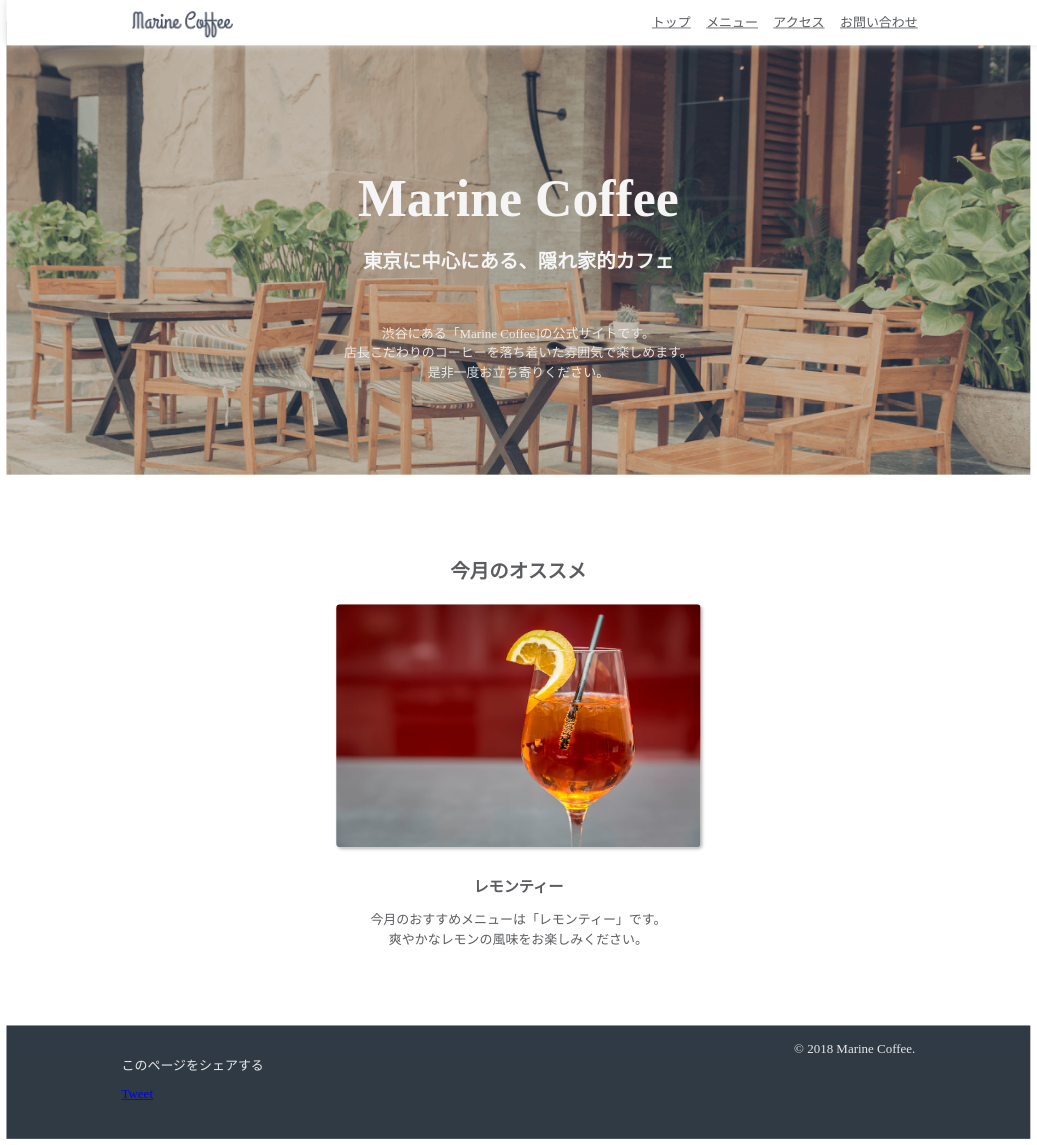
Repository: Kazuya888/samurai_HTML-CSS
Page: marine_coffee/index1.html
The author's editor kept a record of every edit. The page is drawn from the files as they stood at one moment, then again after the next edit.
The browser window is 1280 px wide. The pictures show the whole page, at 81% of full size.

Above is the page before.

After the next edit:
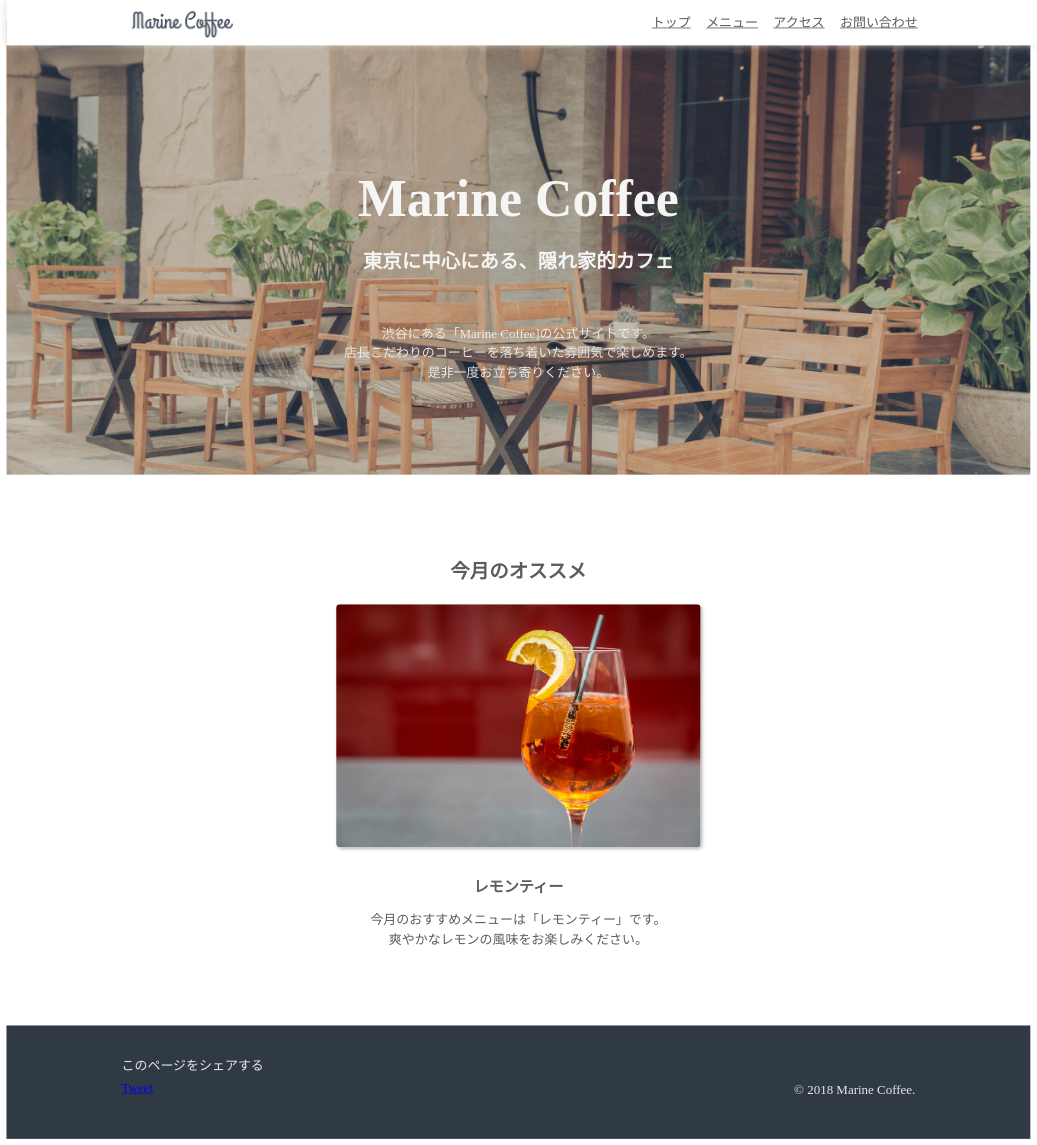
The edit:
--- a/marine_coffee/index1.css
+++ b/marine_coffee/index1.css
@@ -84,4 +84,8 @@
 }
 .footer-right{
     float: right;
+    padding-top: 50px;
 }
+.footer-left p{
+    margin-bottom:8px;
+}
